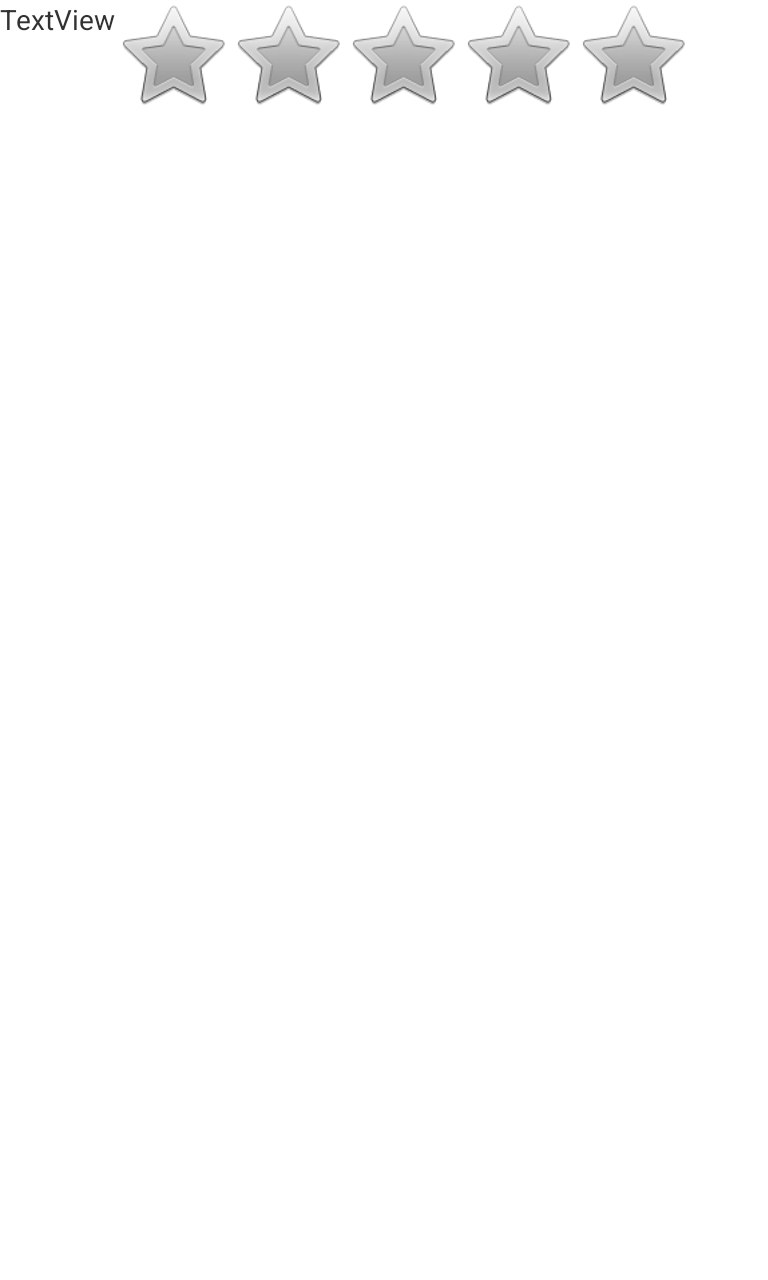
Repository: vinothsridhar/CrickBuzzChallenge
Layout: CricBuzzAndroidApp/res/layout/playlist_item.xml
An editor plug-in stored every save of this project. The layout is shown before and after the next save, followed by the edit.
It is drawn on a 768 x 1280 px phone screen (xhdpi) without system bars, with theme AppTheme; the app's code is not run.

Above is the layout before, as saved 2014-12-20 10:48:43.

### CricBuzzAndroidApp/res/layout/playlist_item.xml
<?xml version="1.0" encoding="utf-8"?>
<LinearLayout xmlns:android="http://schemas.android.com/apk/res/android"
    android:layout_width="match_parent"
    android:layout_height="match_parent"
    android:orientation="horizontal" >

    <TextView
        android:id="@+id/textView1"
        android:layout_width="wrap_content"
        android:layout_height="wrap_content"
        android:text="TextView" />

    <RatingBar
        android:id="@+id/ratingBar1"
        android:layout_width="wrap_content"
        android:layout_height="wrap_content" />

</LinearLayout>

### CricBuzzAndroidApp/res/values/styles.xml
<resources xmlns:android="http://schemas.android.com/apk/res/android">
    <style name="AppBaseTheme" parent="@android:style/Theme.Light.NoTitleBar">
    </style>

    <style name="AppTheme" parent="AppBaseTheme">
    </style>

    <style name="BoldText">
        <item name="android:textSize">@dimen/medium_text</item>
        <item name="android:textStyle">bold</item>
        <item name="android:padding">5dp</item>
    </style>

    <style name="TitleText">
        <item name="android:textSize">@dimen/big_text</item>
        <item name="android:background">@color/black</item>
        <item name="android:textColor">@color/white</item>
        <item name="android:textStyle">bold</item>
        <item name="android:gravity">center_vertical</item>
        <item name="android:padding">5dp</item>
    </style>

    <style name="TitleIcon" parent="@android:style/Widget.TabWidget">
        <item name="android:gravity">center_vertical</item>
        <item name="android:background">@drawable/tab_holo</item>
        <item name="android:padding">5dp</item>
    </style>

    <style name="TotalText" parent="BoldText">
        <item name="android:textColor">@color/black</item>
        <item name="android:background">@color/yellow</item>
        <item name="android:weightSum">2</item>
        <item name="android:gravity">center</item>
    </style>

</resources>

After the next save:
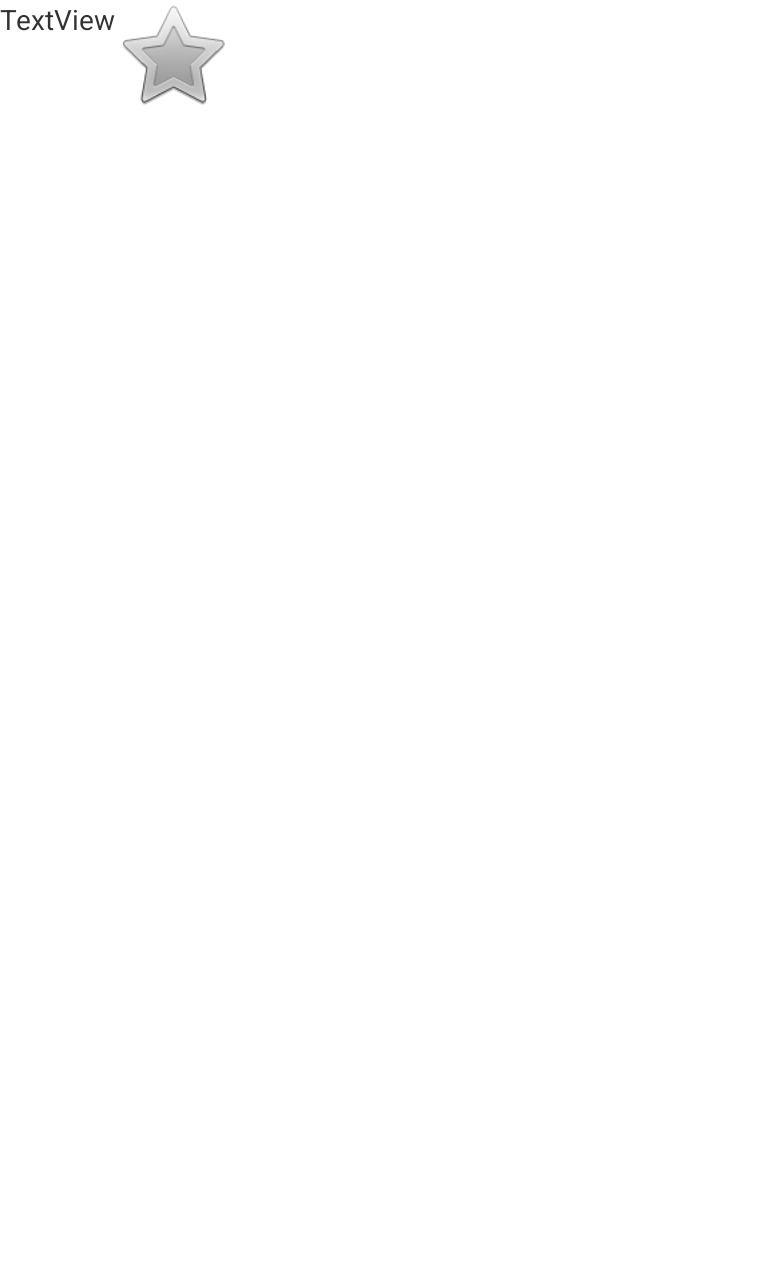
Saved 9 s later.
--- a/CricBuzzAndroidApp/res/layout/playlist_item.xml
+++ b/CricBuzzAndroidApp/res/layout/playlist_item.xml
@@ -13,6 +13,7 @@
     <RatingBar
         android:id="@+id/ratingBar1"
         android:layout_width="wrap_content"
-        android:layout_height="wrap_content" />
+        android:layout_height="wrap_content"
+        android:numStars="1" />
 
 </LinearLayout>
